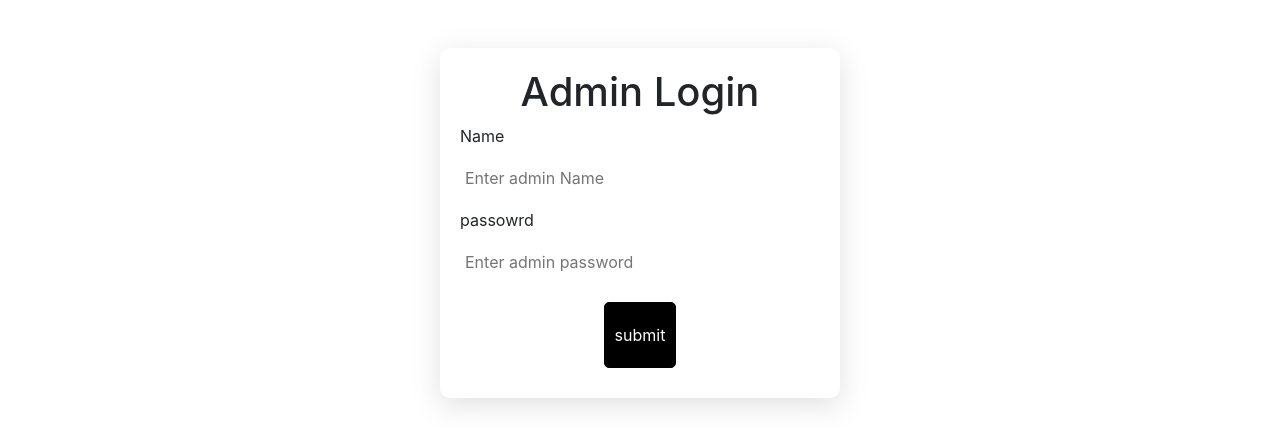
Repository: parthikjadav/parthik-react-practicle-exam
Page: /
These files come from the project's save history. The page is drawn as it stood at one moment and after the next save; the edit follows.
The browser window is 1280 px wide. The pictures show the whole page.
The project was rebuilt for these pictures with package versions that can differ from the ones it lists, and the page was loaded fresh each time. Requests to the local data server were answered from the project's data file. Also part of the build but not shown: src/App.css, src/componet/page/Reservationform.jsx, src/componet/page/Reservationlist.jsx, src/componet/header/navdata.js, src/componet/header/Navbar.jsx.

Above is the page before, as saved 2024-05-16 10:49:19.

### public/index.html
<!DOCTYPE html>
<html lang="en">
  <head>
    <meta charset="utf-8" />
    <link rel="icon" href="%PUBLIC_URL%/favicon.ico" />
    <meta name="viewport" content="width=device-width, initial-scale=1" />
    <meta name="theme-color" content="#000000" />
    <meta
      name="description"
      content="Web site created using create-react-app"
    />
    <link rel="apple-touch-icon" href="%PUBLIC_URL%/logo192.png" />
    <link href="https://cdn.jsdelivr.net/npm/bootstrap@5.0.2/dist/css/bootstrap.min.css" rel="stylesheet" integrity="sha384-EVSTQN3/azprG1Anm3QDgpJLIm9Nao0Yz1ztcQTwFspd3yD65VohhpuuCOmLASjC" crossorigin="anonymous">
    <!--
      manifest.json provides metadata used when your web app is installed on a
      user's mobile device or desktop. See https://developers.google.com/web/fundamentals/web-app-manifest/
    -->
    <link rel="manifest" href="%PUBLIC_URL%/manifest.json" />
    <script src="https://cdn.jsdelivr.net/npm/bootstrap@5.0.2/dist/js/bootstrap.bundle.min.js" integrity="sha384-MrcW6ZMFYlzcLA8Nl+NtUVF0sA7MsXsP1UyJoMp4YLEuNSfAP+JcXn/tWtIaxVXM" crossorigin="anonymous"></script>
    <!--
      Notice the use of %PUBLIC_URL% in the tags above.
      It will be replaced with the URL of the `public` folder during the build.
      Only files inside the `public` folder can be referenced from the HTML.

      Unlike "/favicon.ico" or "favicon.ico", "%PUBLIC_URL%/favicon.ico" will
      work correctly both with client-side routing and a non-root public URL.
      Learn how to configure a non-root public URL by running `npm run build`.
    -->
    <title>React App</title>
  </head>
  <body>
    <noscript>You need to enable JavaScript to run this app.</noscript>
    <div id="root"></div>
    <!--
      This HTML file is a template.
      If you open it directly in the browser, you will see an empty page.

      You can add webfonts, meta tags, or analytics to this file.
      The build step will place the bundled scripts into the <body> tag.

      To begin the development, run `npm start` or `yarn start`.
      To create a production bundle, use `npm run build` or `yarn build`.
    -->
  </body>
</html>

### src/index.js
import React from 'react';
import ReactDOM from 'react-dom/client';
import './index.css';
import App from './App';
import { BrowserRouter } from 'react-router-dom';
import { Provider } from 'react-redux';
import store from './componet/redux-saga/store';


const root = ReactDOM.createRoot(document.getElementById('root'));
root.render(
  <BrowserRouter>
    <React.StrictMode>
      <Provider store={store}>
      <App />
      </Provider>
    </React.StrictMode>
  </BrowserRouter>

);

### src/App.js
import { Route, Routes } from 'react-router-dom';
import './App.css';
import Adminlogin from './componet/page/Adminlogin';
import Reservationfrom from './componet/page/Reservationform';
import Reservationlist from './componet/page/Reservationlist';
import Navbar from './componet/header/Navbar';
import { useEffect } from 'react';
import { useDispatch } from 'react-redux';
import { GET_ROOM_PENDING } from './componet/redux-saga/room/action';
import { base_url, get_url } from './url';

const getRole = () => {
  const role = localStorage.getItem("role");
  return role;
};


function App() {

  const role = getRole();
  let dispatch = useDispatch();

  useEffect(() => {
    let url = base_url + get_url;
    dispatch({ type: GET_ROOM_PENDING, payload: url })
  })


  if (!role || role === "") {
    return (
      <Routes>
        <Route path="/" element={<Adminlogin />} />
      </Routes>
    );
  }

  if (role === "admin") {
    return (
      <>
        <Navbar />
        <Routes>
          <Route path="/reservation" element={<Reservationfrom />} />
          <Route path="/ReservationList" element={<Reservationlist />} />
        </Routes>
      </>
    );
  }



}

export default App;

### src/componet/redux-saga/store.js
import { applyMiddleware, createStore } from "redux";
import createSagaMiddleware from "redux-saga";
import { composeWithDevTools } from "@redux-devtools/extension";
import rootReducers from "./rootreducer";
import rootSaga from "./saga";



let sagaMiddleware = createSagaMiddleware();
const store = createStore(
    rootReducers,
    composeWithDevTools(applyMiddleware(sagaMiddleware))
);

sagaMiddleware.run(rootSaga)

export default store

### src/componet/page/Adminlogin.jsx
import React, { useRef } from 'react'
import "./AdminLogin.css"

const Adminlogin = () => {
    let name = useRef();
    let passowrd = useRef();

    const logindata = async () => {
        let data = {
            name: name.current.value,
            password: passowrd.current.value
        }
        console.log(data);
        if ("jignesh" == data.name && "3315" == data.password) {
            localStorage.setItem("role", "admin");
            window.location.href = "/reservation"
            console.log("login successfull");
            alert("login successfull")
        } else {
            alert("Error")
        }
    }
    return (
        <>
            <div class="mx-auto m-5 form" style={{ width: "400px" }}>
                <h1>Admin Login </h1>
                <label>Name  </label>
                <input type="text" placeholder='Enter admin Name' ref={name} />
                <label>passowrd </label>
                <input type="password" placeholder='Enter admin password' ref={passowrd} />
                <button onClick={logindata}>submit</button>
            </div>
        </>

    )
}

export default Adminlogin

### src/componet/redux-saga/room/action.js
//get action
export const GET_ROOM_PENDING = "GET_ROOM_PENDING";
export const GET_ROOM_SUCCESS = "GET_ROOM_SUCCESS";
export const GET_ROOM_ERROR = "GET_ROOM_ERROR";

//post action
export const POST_ROOM_PENDING = "POST_ROOM_PENDING";
export const POST_ROOM_SUCCESS = "POST_ROOM_SUCCESS";
export const POST_ROOM_ERROR = "POST_ROOM_ERROR";

//DELETE action
export const DELETE_ROOM_PENDING = "DELETE_ROOM_PENDING";
export const DELETE_ROOM_SUCCESS = "DELETE_ROOM_SUCCESS";
export const DELETE_ROOM_ERROR = "DELETE_ROOM_ERROR";

//UPDATA action
export const UPDATA_ROOM_PENDING = "UPDATA_ROOM_PENDING";
export const UPDATA_ROOM_SUCCESS = "UPDATA_ROOM_SUCCESS";
export const UPDATA_ROOM_ERROR = "UPDATA_ROOM_ERROR";

### src/url.js
export const base_url = "http://localhost:5000";

export const post_url = "/room";

export const get_url = "/room"

export const delete_url = "/room/"

export const updata_url = "/room/"

### src/componet/redux-saga/rootreducer.js
import { combineReducers } from "redux";
import roomReducer from "./room/reducer";


let rootReducers = combineReducers({
    roomReducer,
});

export default  rootReducers;

### src/componet/redux-saga/saga/index.js
import { all, call, put, takeLatest } from "redux-saga/effects";
import { DELETE_ROOM_ERROR, DELETE_ROOM_PENDING, DELETE_ROOM_SUCCESS, GET_ROOM_ERROR, GET_ROOM_PENDING, GET_ROOM_SUCCESS, POST_ROOM_ERROR, POST_ROOM_PENDING, POST_ROOM_SUCCESS, UPDATA_ROOM_ERROR, UPDATA_ROOM_PENDING, UPDATA_ROOM_SUCCESS } from "../room/action";
import { delete_room, get_room, post_room, updata_room } from "../room/api";

function* handle_post_room(action) {
    // console.log(action, "action from handle post room");
    try {
        let { data, status } = yield call(post_room, action);
        // console.log(data, status, "data and status from handle post room");
        if (status == 201 || status == 200) {
            yield put({ type: POST_ROOM_SUCCESS, data });
        } else {
            yield put({ type: POST_ROOM_ERROR, data });
        }
    }
    catch (error) {
        yield put({ type: POST_ROOM_ERROR, data: error })
    }
}

function* handle_get_room(action) {
    // console.log(action, "action from handle get room");
    try {
        let { data, status } = yield call(get_room, action);
        // console.log(data, status, "data and status from handle get room");
        if (status == 200) {
            yield put({ type: GET_ROOM_SUCCESS, data });
        }
        else {
            yield put({ type: GET_ROOM_ERROR, data });
        }
    }
    catch (error) {
        yield put({ type: GET_ROOM_ERROR, data: error });
    }
}

function* handle_delete_room(action) {
    // console.log(action, "action from handle delete room");
    try {
        let { data, status } = yield call(delete_room, action);
        // console.log(data, status, "data and status from handle delete room");
        if (status == 200) {
            yield put({ type: DELETE_ROOM_SUCCESS, data });
        } else {
            yield put({ type: DELETE_ROOM_ERROR, data });
        }
    }
    catch (error) {
        yield put({ type: DELETE_ROOM_ERROR, daat: error })
    }
}

function* handle_updata_room(action) {
    console.log(action, "action from handle updata room");
    try {
        let { data, status } = yield call(updata_room, action);
        console.log(data, status, "data and status from handle updata room");
        if (status == 200) {
            yield put({ type: UPDATA_ROOM_SUCCESS, data });
        }
        else {
            yield put({ type: UPDATA_ROOM_ERROR, data });
        }
    }
    catch (error) {
        yield put({ type: UPDATA_ROOM_ERROR, data: error })
    }
}

function* handle_post_room_saga() {
    yield takeLatest(POST_ROOM_PENDING, handle_post_room)
}

function* handle_get_room_saga() {
    yield takeLatest(GET_ROOM_PENDING, handle_get_room)
}

function* handle_delete_room_saga() {
    yield takeLatest(DELETE_ROOM_PENDING, handle_delete_room)
}

function* handle_updata_room_saga() {
    yield takeLatest(UPDATA_ROOM_PENDING, handle_updata_room)
}

function* rootSaga() {
    yield all([handle_post_room_saga(), handle_get_room_saga(), handle_delete_room_saga() , handle_updata_room_saga()])
}

export default rootSaga

### src/componet/page/AdminLogin.css
.form{
  width: 200px;
  padding: 20px;
  /* margin: 0px auto; */
  display: flex;
  flex-direction: column;
  justify-content: center;
  align-items: center;
  border-radius: 10px;
  box-shadow: rgba(100, 100, 111, 0.2) 0px 7px 29px 0px;
}
.form input{
  width: 100%;
  height: 40px;
  margin: 10px 0px;
  background-color: white;
  border: 0px solid black;
  border-radius: 5px;
  padding: 5px;
}
.form label{
  margin-right: auto;
}
.form button{
  margin: 10px 0px;
  border: 1px solid black;
  border-radius: 5px;
  background-color: black;
  color: white;
  cursor: pointer;
  padding: 20px 10px;
}
.form button:hover{
  background-color: white;
  color: black;
}
.form button:active{
  background-color: white;
  color: black;
  border: 1px solid black;
}
.form a{
  margin-top: 10px;
  color: black;
  font-size: 12px;
  text-decoration: none;
  padding: 5px;
}

### src/componet/redux-saga/room/reducer.js
import { DELETE_ROOM_ERROR, DELETE_ROOM_PENDING, DELETE_ROOM_SUCCESS, GET_ROOM_ERROR, GET_ROOM_PENDING, GET_ROOM_SUCCESS, POST_ROOM_PENDING, POST_ROOM_SUCCESS, UPDATA_ROOM_ERROR, UPDATA_ROOM_PENDING, UPDATA_ROOM_SUCCESS } from "./action";


let initialState = {
    room: [],
    isLoading: false,
    isError: null,
};

let roomReducer = (state = initialState, action) => {
    console.log(action, "action from reducer");
    switch (action.type) {
        //post user
        case POST_ROOM_PENDING: {
            return {
                isLoading: true,
                ...state,
            }
        }
        case POST_ROOM_SUCCESS: {
            return {
                isLoading: false,
                room: state.room.concat(action.data),
            }
        }
        case POST_ROOM_SUCCESS: {
            return {
                isError: action.data,
                ...state,
            }
        }
        //get user
        case GET_ROOM_PENDING: {
            return {
                isLoading: true,
                ...state,
            }
        }
        case GET_ROOM_SUCCESS: {
            return {
                isLoading: false,
                room: action.data,
            }
        }
        case GET_ROOM_ERROR: {
            return {
                ...state,
                isError: action.data,
            }
        }
        //delete user
        case DELETE_ROOM_PENDING: {
            return {
                isLoading: true,
                ...state,
            }
        }
        case DELETE_ROOM_SUCCESS: {
            return {
                isLoading: false,
                room: state.room.filter((item) => item.id != action.data.id)
            }
        }
        case DELETE_ROOM_ERROR: {
            return {
                isLoading: false,
                isError: action.data,
            }
        }
        //update user
        case UPDATA_ROOM_PENDING: {
            return {
                isLoading: true,
                ...state,
            }
        }
        case UPDATA_ROOM_SUCCESS: {
            return {
                isLoading: false,
                room: state.room.map((value, index) => {
                    if (value.id == action.data.id) {
                        return {
                            ...value,
                            ...action.data,
                        }
                    } else {
                        return value;
                    }
                })
            }
        }
        case UPDATA_ROOM_ERROR: {
            return {
                isError: action.data,
                ...state,
            }
        }
        default: {
            return {
                ...state,
            }
        }
    }
}

export default roomReducer

### src/componet/redux-saga/room/api.js
import axios from "axios";
import { base_url, delete_url, get_url, post_url, updata_url } from "../../../url";


let post_room = (action) => {
    // console.log(action ,"this action from post room");
    return axios.post(base_url + post_url, action.payload).then((res) => {
        // console.log(res,"res is post room");
        let data = res.data;
        let status = res.status;
        return { data, status }
    })
}

let get_room = (action) => {
    // console.log(action, "this action from get rom");
    return axios.get(base_url + get_url).then((res) => {
        // console.log(res, "res is get rom");
        let data = res.data;
        let status = res.status;
        return { data, status }
    })
}

let delete_room = (action) => {
    // console.log(action, "this action from delete room");
    return axios.delete(base_url + delete_url + action.payload).then((res) => {
        // console.log(res, "res is delete room");
        let data = res.data;
        let status = res.status;
        return { data, status };
    })
}

let updata_room = (action) => {
    console.log(action, "this action from updata room");
    return axios.put(base_url + updata_url + action.payload.id, action.payload).then((res) => {
        console.log(res, "res is updata room");
        let data = res.data;
        let status = res.status;
        return { data, status }
    })
}

export { post_room, get_room, delete_room, updata_room }

### db.json
{
  "room": [
    {
      "id": "8675",
      "name": "jignesh",
      "mobile": "1235467892",
      "address": "kamrej surat",
      "arrival": "2024-05-10",
      "checkout": "2024-05-14",
      "roomlist": "platinum",
      "roomtype": "double bedroom",
      "lunchtime": "breakfast and lunch"
    },
    {
      "id": "50ac",
      "name": "test",
      "mobile": "9876543214",
      "address": "surat",
      "arrival": "2024-05-02",
      "checkout": "2024-05-12",
      "roomlist": "prime",
      "roomtype": "double bedroom",
      "lunchtime": "breakfast and lunch"
    },
    {
      "id": "c1a8",
      "name": "abcd",
      "mobile": "7539684216",
      "address": "surat",
      "arrival": "2024-05-05",
      "checkout": "2024-05-07",
      "roomlist": "platinum",
      "roomtype": "single bedroom",
      "lunchtime": "breakfast"
    }
  ]
}

Loaded but not shown: src/index.css (common file)

After the next save:
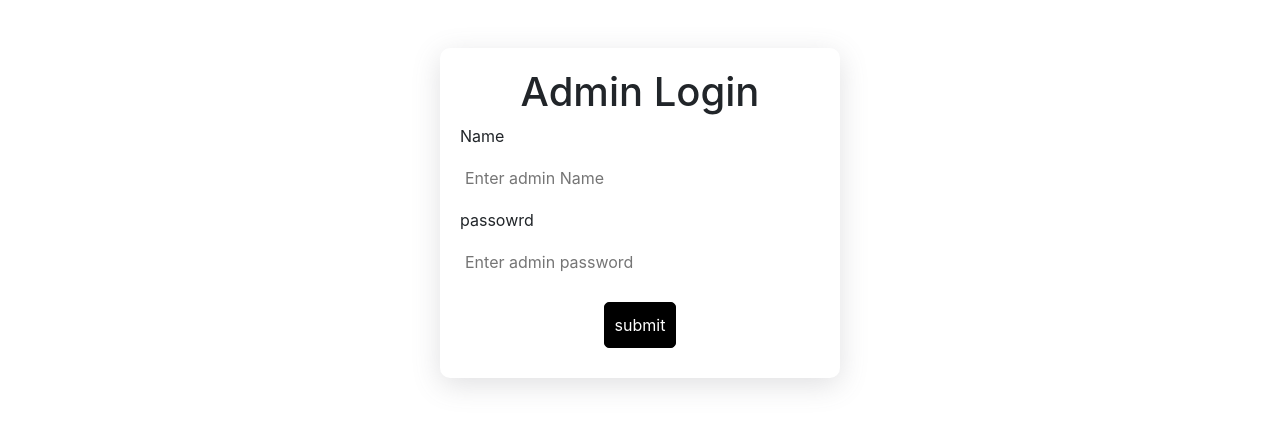
Saved 6 s later.
--- a/src/componet/page/AdminLogin.css
+++ b/src/componet/page/AdminLogin.css
@@ -28,7 +28,7 @@
   background-color: black;
   color: white;
   cursor: pointer;
-  padding: 20px 10px;
+  padding: 10px 10px;
 }
 .form button:hover{
   background-color: white;
